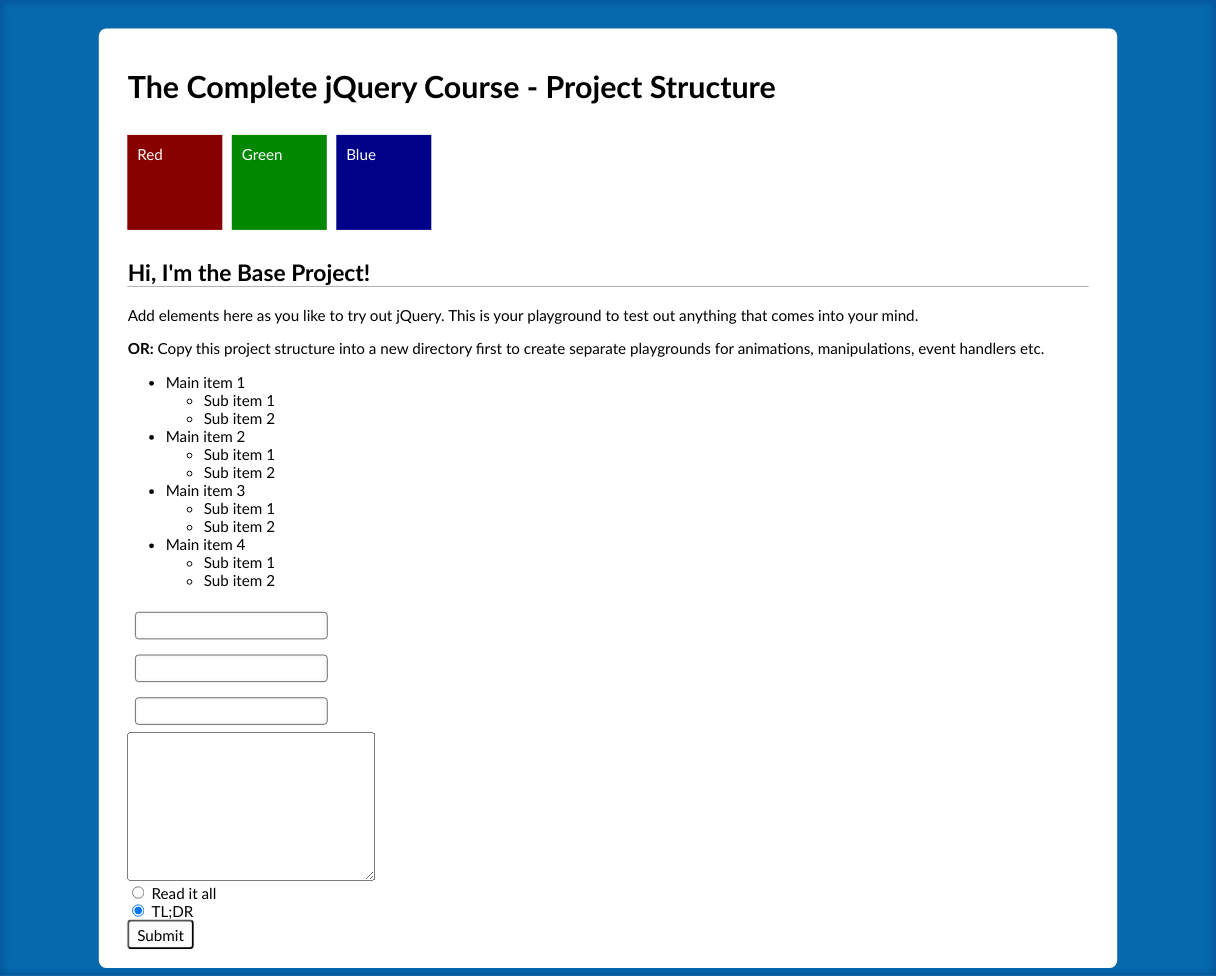
Repository: vpriyankaprabhu/Jquery-examples
Page: 03/traversals/index.html
An editor plug-in stored every save of this project. The page is shown before and after the next save, followed by the edit.
The browser window is 1280 px wide. The pictures show the whole page, at 95% of full size.

Above is the page before, as saved 2024-12-29 18:26:41.
Console error: ReferenceError: headerNextElements is not defined

After the next save:
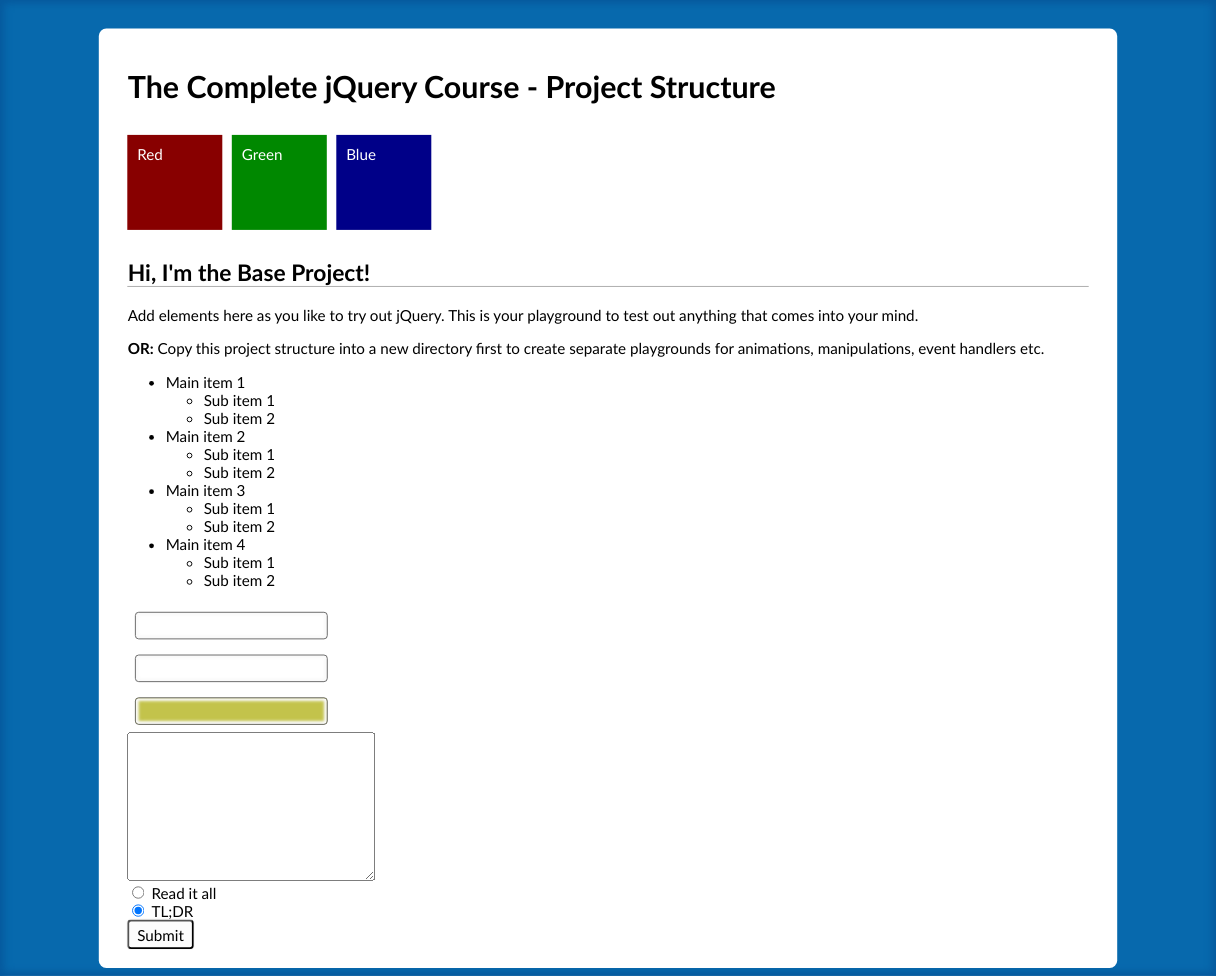
The error is gone.
Saved 73 s later.
--- a/03/traversals/js/script.js
+++ b/03/traversals/js/script.js
@@ -38,7 +38,7 @@
   // highlight(headerNextElements);
 
   var passwordInputElements = $("input[type=password]");
-  highlight(headerNextElements);
+  highlight(passwordInputElements);
 
 });
 
